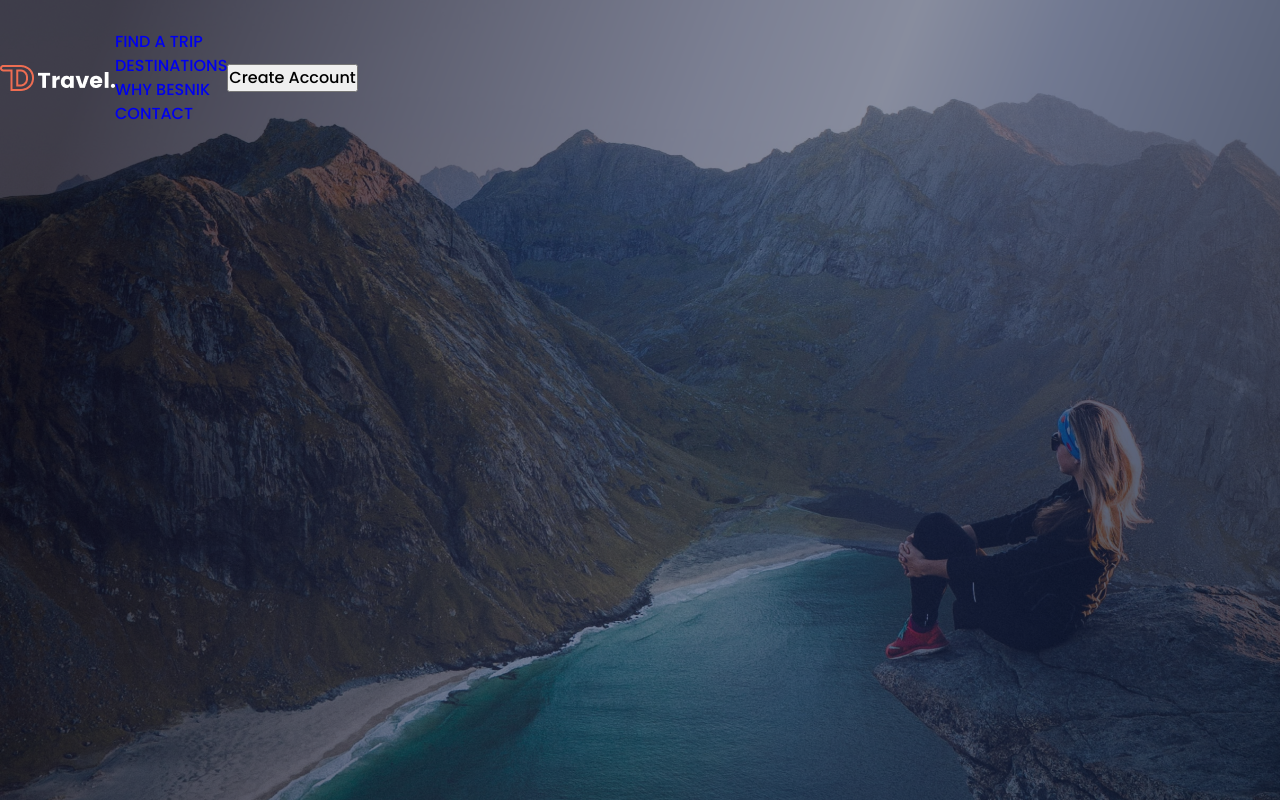
Repository: hoang0508/LandingPage-CodeTravel2
Page: index.html
An editor plug-in stored every save of this project. The page is shown before and after the next save, followed by the edit.
The browser window is 1280 px wide. The pictures show the whole page.
The style sheet was rebuilt from its Sass, Less or Tailwind sources for each picture, by a compiler version that may differ from the author's.

Above is the page before, as saved 2022-09-15 15:25:00.

### index.html
<!DOCTYPE html>
<html lang="en">
  <head>
    <meta charset="UTF-8" />
    <meta http-equiv="X-UA-Compatible" content="IE=edge" />
    <meta name="viewport" content="width=device-width, initial-scale=1.0" />
    <title>Travale LandingPage</title>
    <link rel="stylesheet" href="./css/style.css" />
  </head>
  <body>
    <div class="wrapper">
      <!-- HEADER -->
      <header class="header">
        <div class="container">
          <div class="header-main">
            <div class="header-meu--logo">
              <img src="./images/Logo.png" alt="Logo" />
            </div>
            <nav class="header-menu">
              <ul class="header-menu--list">
                <li class="header-menu--item">
                  <a href="#" class="header-menu--link">FIND A TRIP</a>
                </li>
                <li class="header-menu--item">
                  <a href="#" class="header-menu--link">DESTINATIONS</a>
                </li>
                <li class="header-menu--item">
                  <a href="#" class="header-menu--link">WHY BESNIK</a>
                </li>
                <li class="header-menu--item">
                  <a href="#" class="header-menu--link">CONTACT</a>
                </li>
              </ul>
            </nav>
            <button class="button button-acount">Create Account</button>
          </div>
        </div>
      </header>
    </div>
  </body>
</html>

### sass/main.scss
@import "reset";
@import "variable";
@import "typography";
@import "base";
@import "header";

### sass/_reset.scss
*,
*::before,
*::after {
  box-sizing: border-box;
}
* {
  margin: 0;
  padding: 0;
  font: inherit;
}
body {
  line-height: 1.5;
}
img,
picture,
video,
canvas,
svg {
  display: block;
  max-width: 100%;
}
input,
button,
textarea,
select {
  outline: none;
}
p,
h1,
h2,
h3,
h4,
h5,
h6 {
  overflow-wrap: break-word;
}

a {
  text-decoration: none;
}

ul,
li {
  list-style: none;
}

### sass/_typography.scss
@font-face {
  font-family: "Poppins";
  src: url("../fonts/Poppins-Regular.ttf") format("opentype");
  font-style: normal;
  font-display: auto;
  font-weight: 400;
}

@font-face {
  font-family: "Poppins";
  src: url("../fonts/Poppins-Light.ttf") format("opentype");
  font-style: normal;
  font-display: auto;
  font-weight: 300;
}

@font-face {
  font-family: "Poppins";
  src: url("../fonts/Poppins-Medium.ttf") format("opentype");
  font-style: normal;
  font-display: auto;
  font-weight: 500;
}

@font-face {
  font-family: "Poppins";
  src: url("../fonts/Poppins-SemiBold.ttf") format("opentype");
  font-style: normal;
  font-display: auto;
  font-weight: 600;
}

@font-face {
  font-family: "Poppins";
  src: url("../fonts/Poppins-Thin.ttf") format("opentype");
  font-style: normal;
  font-display: auto;
  font-weight: 100;
}

@font-face {
  font-family: "Poppins";
  src: url("../fonts/Poppins-Bold.ttf") format("opentype");
  font-style: normal;
  font-display: auto;
  font-weight: 700;
}

### sass/_base.scss
body {
  font-family: "Poppins", sans-serif;
  font-weight: 500;
}

.wrapper {
  max-width: 1600px;
  margin: 0 auto;
}

.container {
  max-width: 1280px;
  margin: 0 auto;
}

### sass/_header.scss
.header {
  background-image: url("../images/header-img.png");
  min-height: 800px;
  background-size: cover;
  background-repeat: repeat;
  padding-top: 30px;
  &-main {
    display: flex;
    align-items: center;
  }
}

Loaded but not shown: sass/_variable.scss (no stored copy; drawn as an empty file)

After the next save:
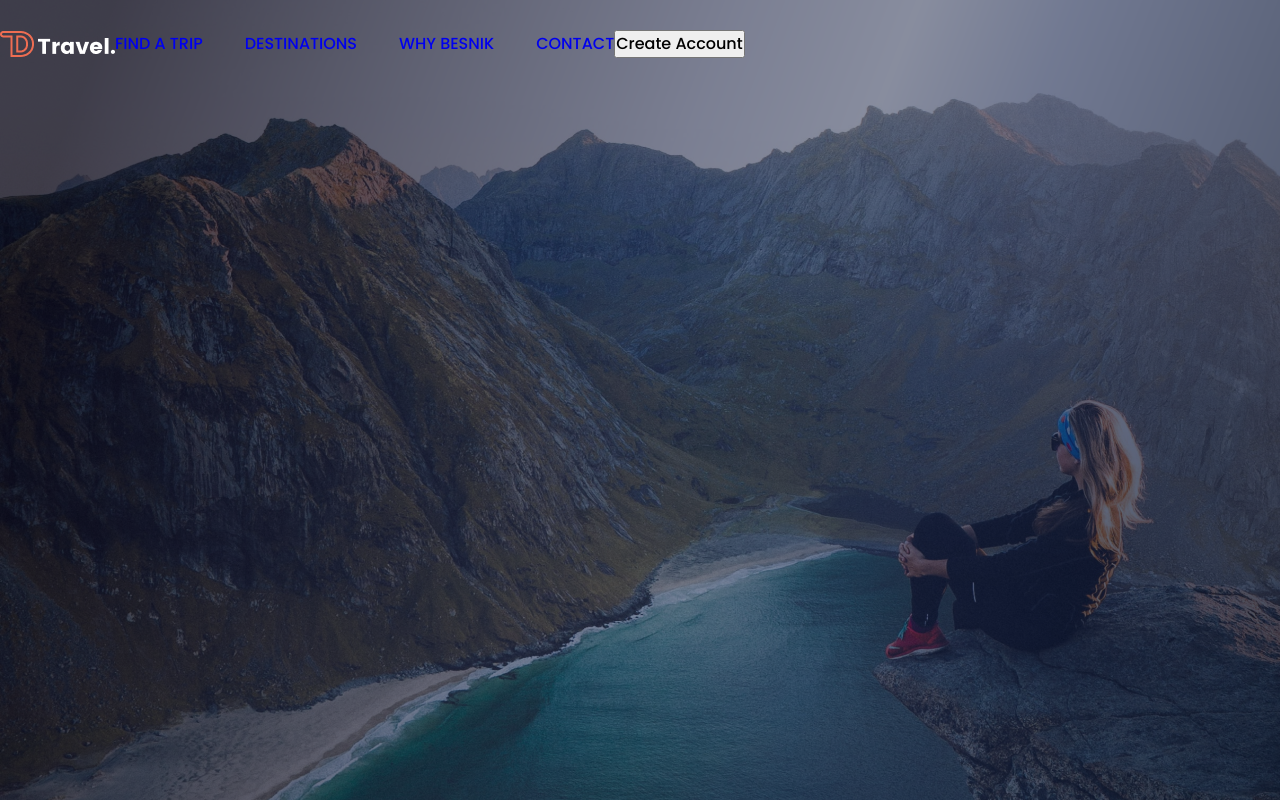
Saved 75 s later.
--- a/sass/_header.scss
+++ b/sass/_header.scss
@@ -8,4 +8,11 @@
     display: flex;
     align-items: center;
   }
+  &-menu {
+    &--list {
+      display: flex;
+      align-items: center;
+      gap: 0 42px;
+    }
+  }
 }
